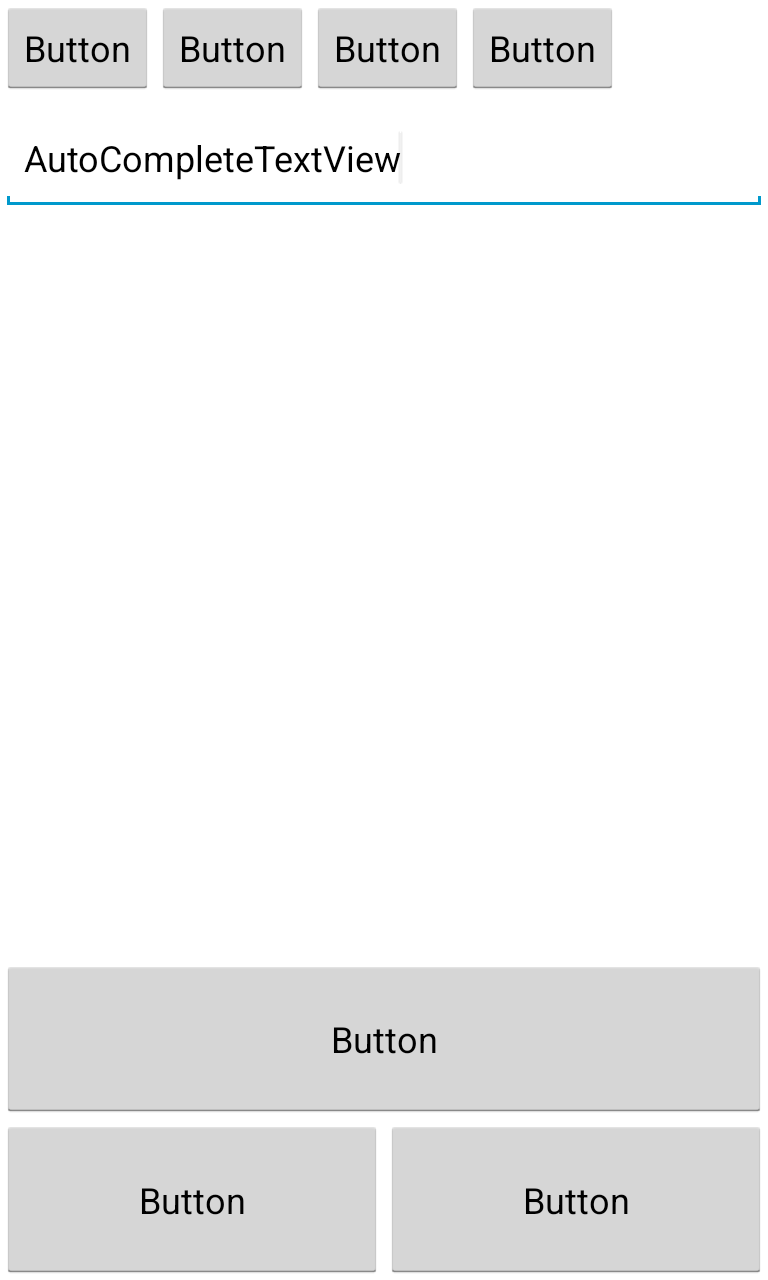
Repository: thinhnk55/android-appshare
Layout: ShareApp/res/layout/activity_main.xml
An editor plug-in stored every save of this project. The layout is shown before and after the next save, followed by the edit.
It is drawn on a 768 x 1280 px phone screen (xhdpi) without system bars, with theme AppTheme; the app's code is not run.

Above is the layout before, as saved 2014-07-01 16:30:46.

After the next save:
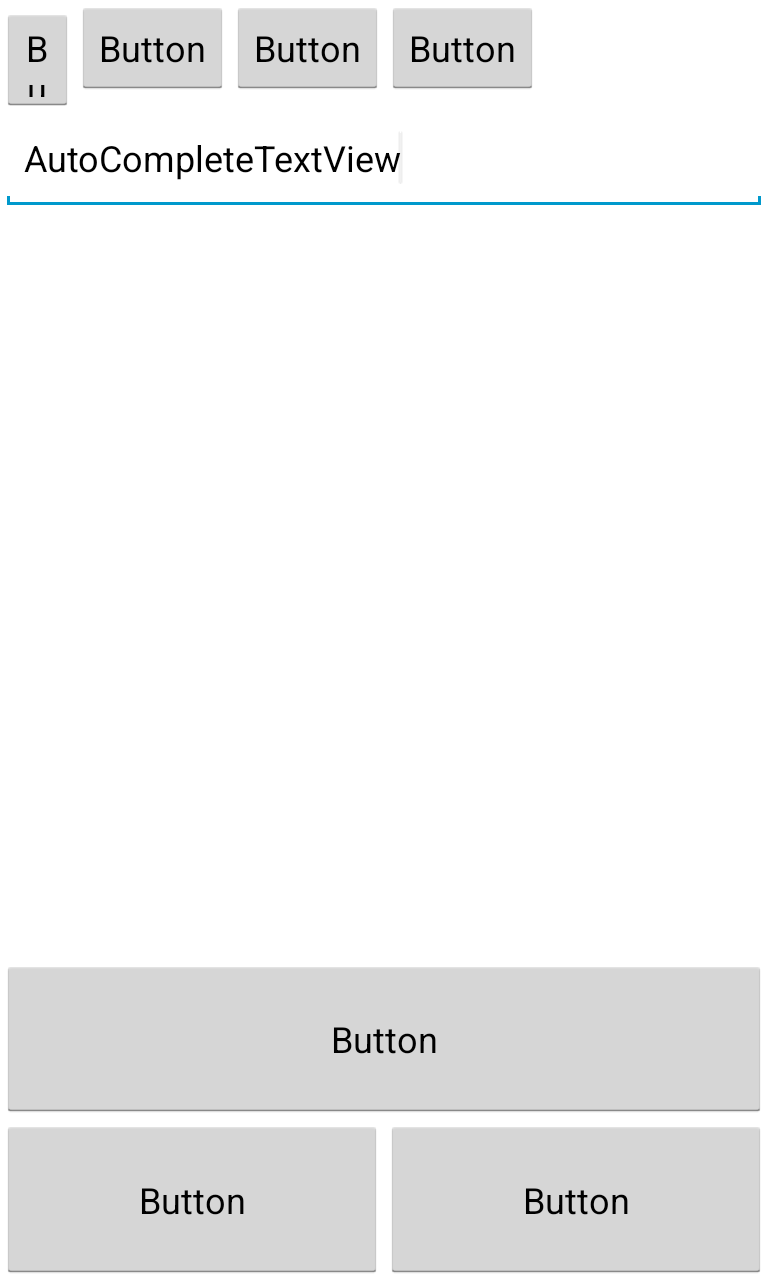
Saved 11 s later.
--- a/ShareApp/res/layout/activity_main.xml
+++ b/ShareApp/res/layout/activity_main.xml
@@ -19,8 +19,8 @@
 
             <Button
                 android:id="@+id/button2"
-                android:layout_width="wrap_content"
                 android:layout_height="wrap_content"
+                android:layout_weight="10"
                 android:text="Button" />
 
             <Button
